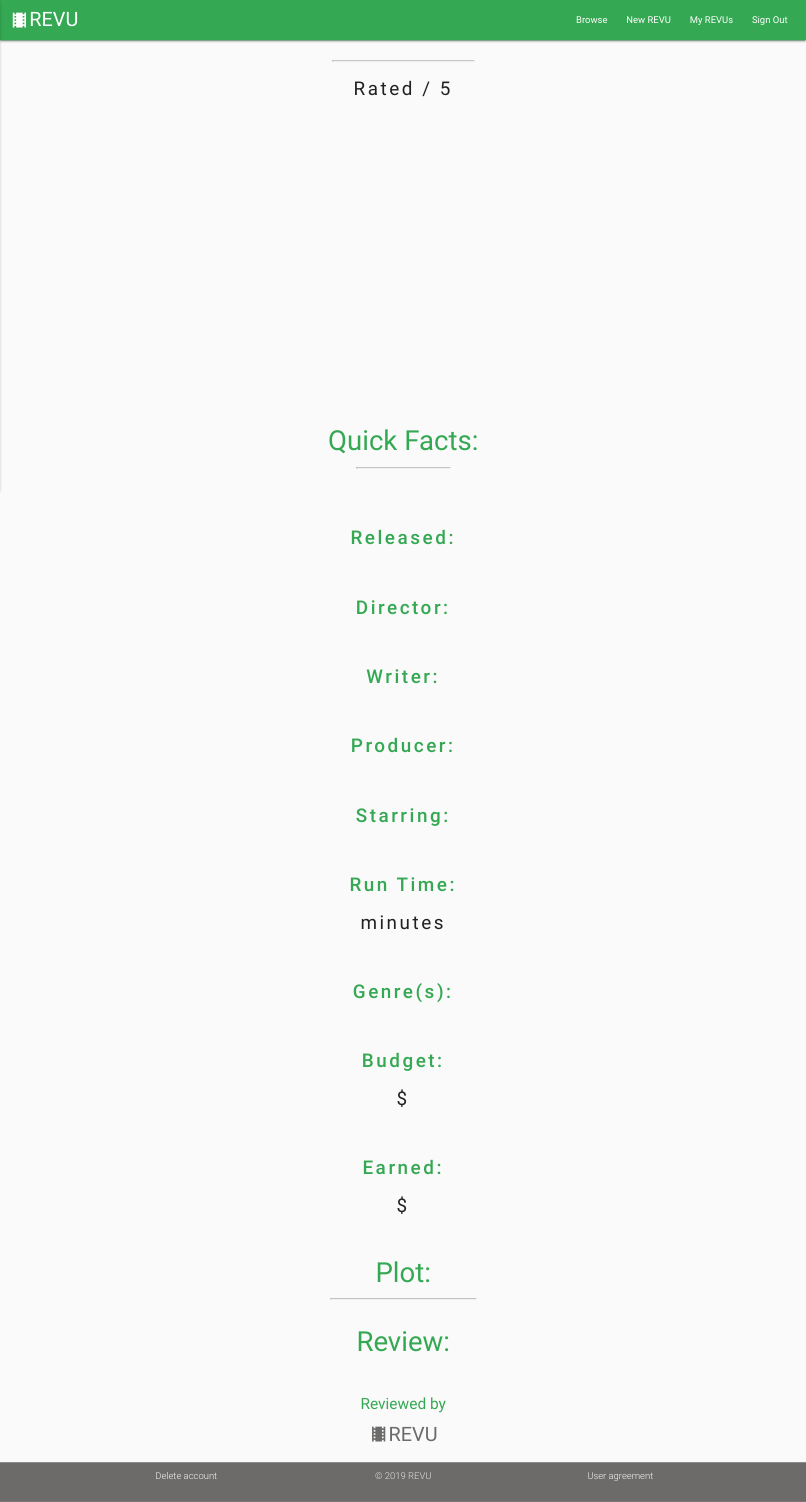
Repository: Olan1/revu
Page: templates/revu.html
The author's editor kept a record of every edit. The page is drawn from the files as they stood at one moment, then again after the next edit.
The browser window is 1280 px wide. The pictures show the whole page, at 63% of full size.
Some web libraries are served in a nearby version. The page is served by the project's application, run on Flask 3 (app.py). The template is opened directly, without the code that normally fills it, so the values that code supplies are empty.

Above is the page before.

After the next edit:
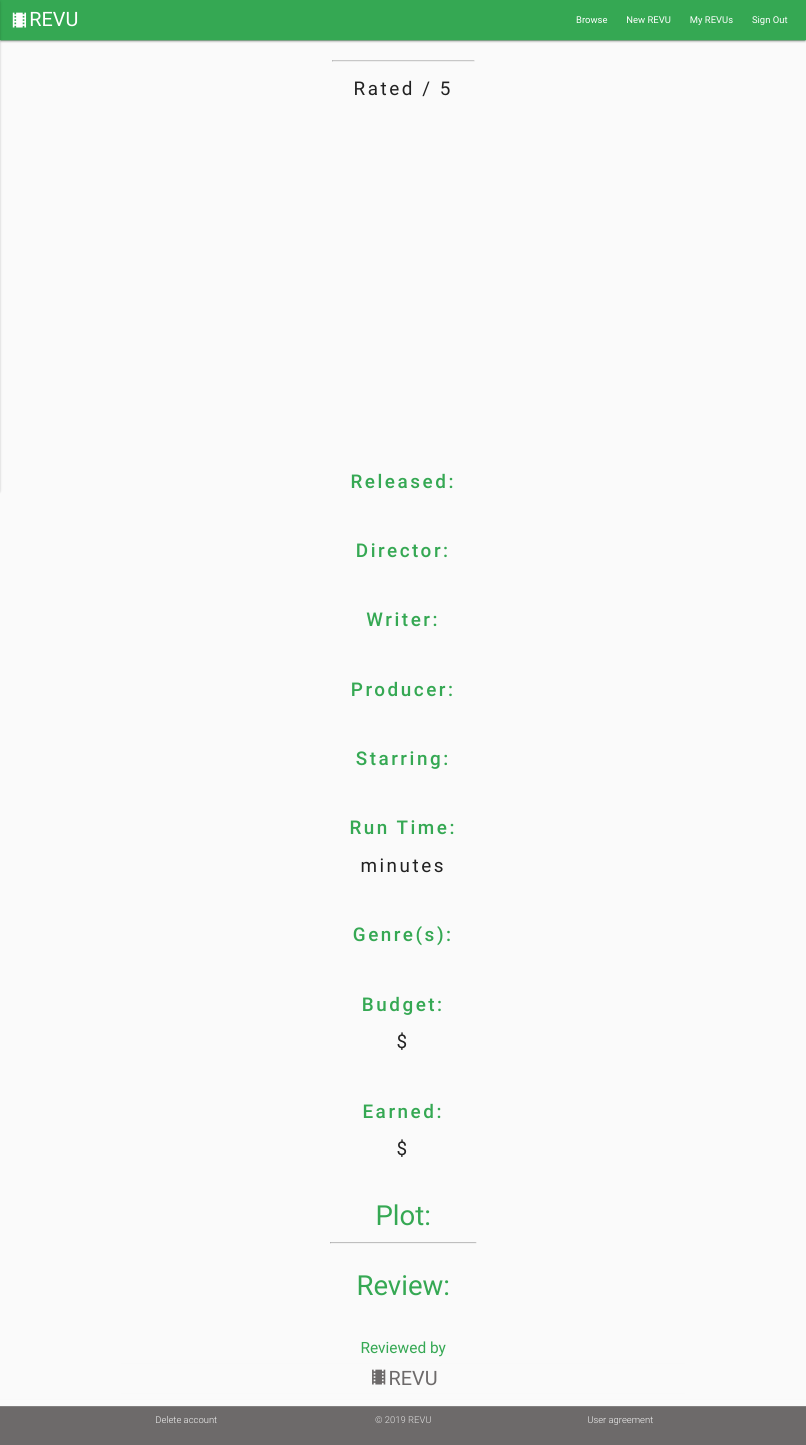
The edit:
--- a/templates/revu.html
+++ b/templates/revu.html
@@ -23,8 +23,6 @@
         <img class="revu-img" src="{{ review.img_url }}"></img>
     </div>
     <div class="col s12 m10 push-m1 l8 push-l2">
-        <h3 class="text-green">Quick Facts:</h3>
-        <hr class="hr-1">
         <ul class="spec-list">
             <li><span class="text-green d-inline-block">Released:</span>{{ review.released }}</li>
             <li><span class="text-green d-inline-block">Director:</span>{{ review.director }}</li>
